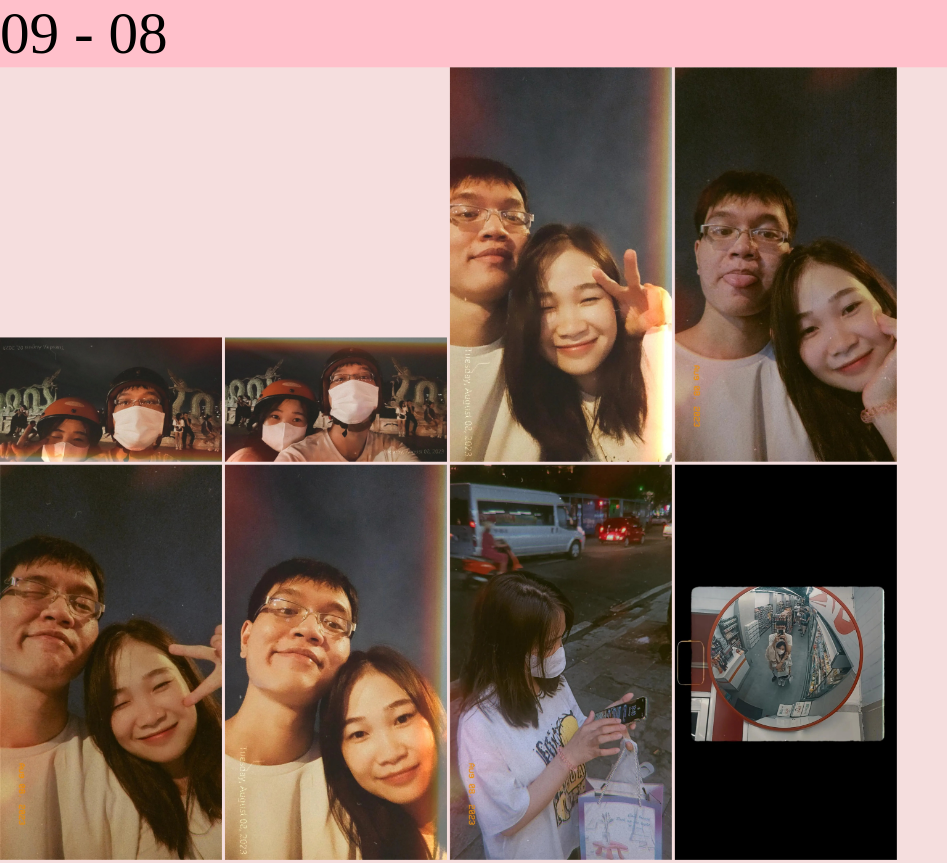
Repository: Hanhanh06/0907
Page: code/0908.html
These files come from the project's save history. The page is drawn as it stood at one moment and after the next save; the edit follows.
The browser window is 1280 px wide. The pictures show the whole page, at 74% of full size.

Above is the page before, as saved 2023-08-11 16:26:53.

### code/0908.html
<!DOCTYPE html>
<html lang="en">
<head>
    <meta charset="UTF-8">
    <meta name="viewport" content="width=device-width, initial-scale=1.0">
    <title>Document</title>
    <style>

    body{

      height: 100%;

   padding: 0;

   margin: 0;


   background: #f5dede;

 }

    </style>
</head>

        <head>

        </head>
        <body>

          <div style="background-color: pink; font-size: 80px; "> 09 - 08 </div>
       <img src="001.jpg" alt="Hình ảnh không tồn tại" width="300px" >
       <!-- <p style="color: crimson;font-size: 16px;"> đi Hồ Tây nè! </p> -->
       <img src="002.jpg" alt="Hình ảnh không tồn tại" width="300px">
       <!-- <p style="color: crimson;font-size: 16px;"> đi Hồ Tây nè!</p> -->
       <img src="003.jpg" alt="Hình ảnh không tồn tại" width="300px">
       <!-- <p style="color: crimson;font-size: 16px;">  đi Hồ Tây nè!</p> -->
       <img src="004.jpg" alt="Hình ảnh không tồn tại" width="300px">
       <!-- <p style="color: crimson;font-size: 16px;">  đi Hồ Tây nè! </p> -->
       <img src="005.jpg" alt="Hình ảnh không tồn tại" width="300px">
       <!-- <p style="color: crimson;font-size: 16px;">  đi Hồ Tây nè! </p> -->
       <img src="006.jpg" alt="Hình ảnh không tồn tại" width="300px" >
       <!-- <p style="color: crimson;font-size: 16px;">  đi Hồ Tây nè!</p> -->
       <img src="007.jpg" alt="Hình ảnh không tồn tại" width="300px">
       <!-- <p style="color: crimson;font-size: 16px;">  đi Hồ Tây nè!</p> -->
       <img src="008.jpg" alt="Hình ảnh không tồn tại" width="300px">
       <!-- <p style="color: crimson;font-size: 16px;">  đi Hồ Tây nè!</p> -->


</body>
</html>

After the next save:
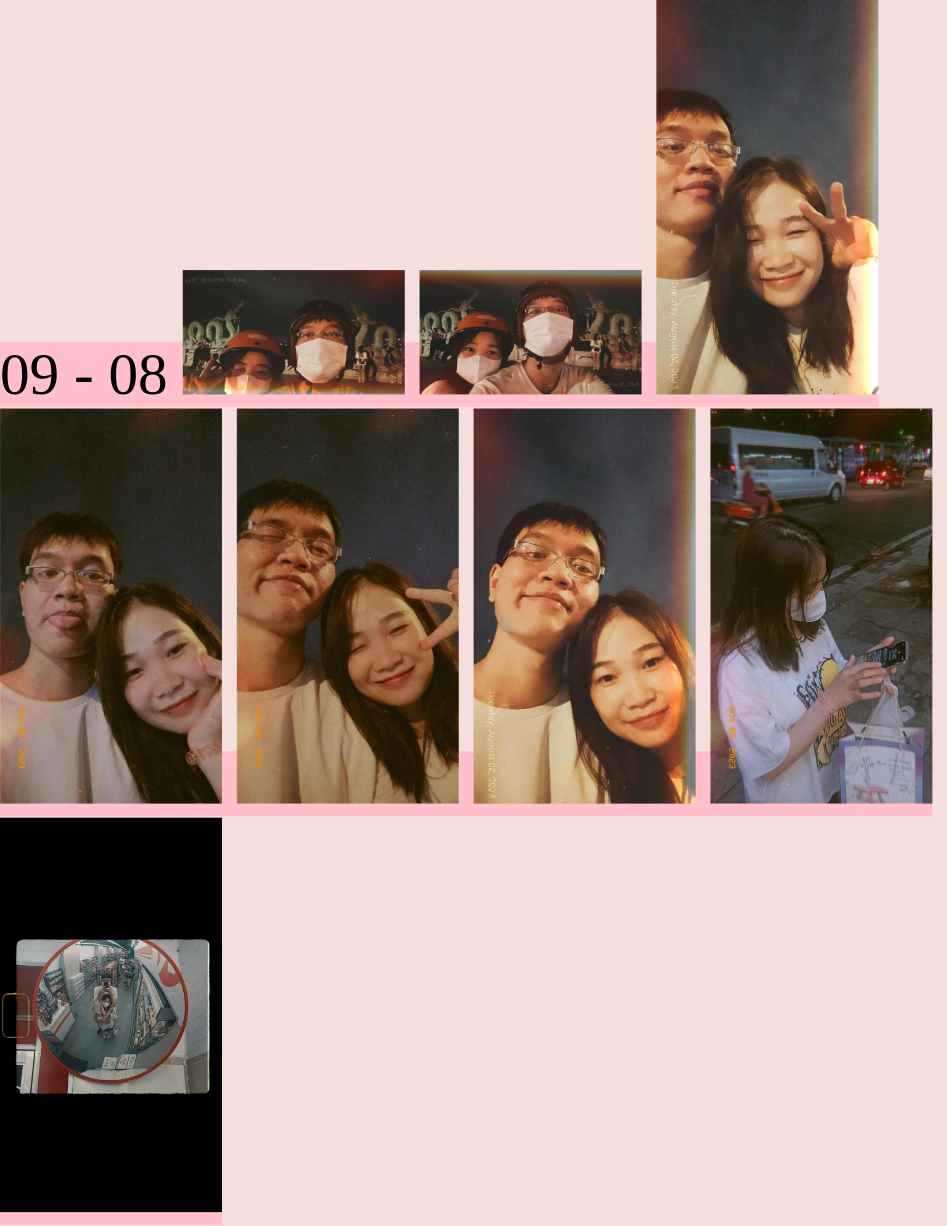
Saved 22 s later.
--- a/code/0908.html
+++ b/code/0908.html
@@ -27,7 +27,7 @@
         </head>
         <body>
 
-          <div style="background-color: pink; font-size: 80px; "> 09 - 08 </div>
+        <cen  <div style="background-color: pink; font-size: 80px; "> 09 - 08 </div>
        <img src="001.jpg" alt="Hình ảnh không tồn tại" width="300px" >
        <!-- <p style="color: crimson;font-size: 16px;"> đi Hồ Tây nè! </p> -->
        <img src="002.jpg" alt="Hình ảnh không tồn tại" width="300px">

After the 2 saves that followed:
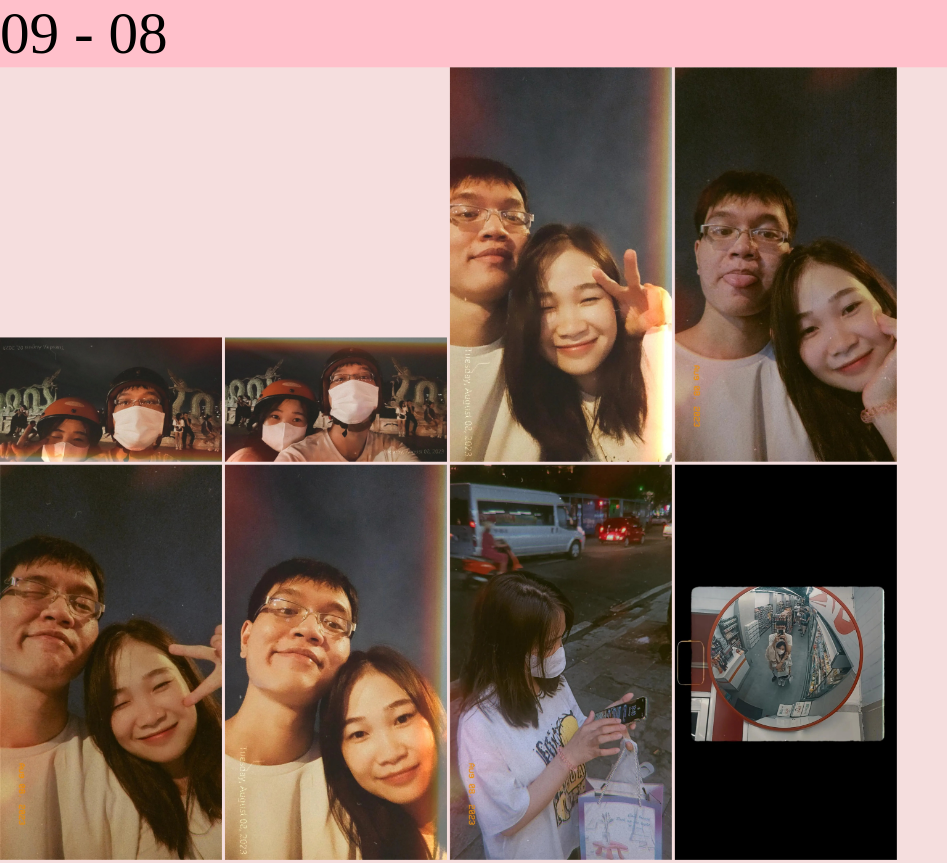
The 2 saves are shown as one change because they came seconds apart.
The last was saved 7 s later.
--- a/code/0908.html
+++ b/code/0908.html
@@ -27,7 +27,7 @@
         </head>
         <body>
 
-        <cen  <div style="background-color: pink; font-size: 80px; "> 09 - 08 </div>
+        <center></center>  <div style="background-color: pink; font-size: 80px; "> 09 - 08 </div>
        <img src="001.jpg" alt="Hình ảnh không tồn tại" width="300px" >
        <!-- <p style="color: crimson;font-size: 16px;"> đi Hồ Tây nè! </p> -->
        <img src="002.jpg" alt="Hình ảnh không tồn tại" width="300px">
